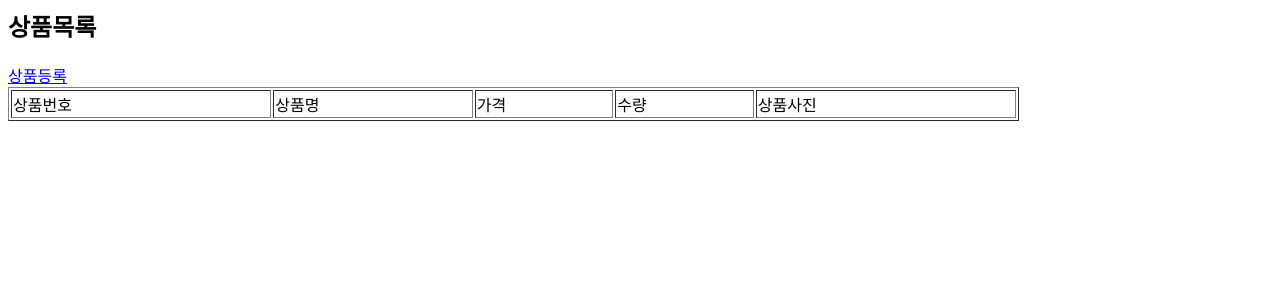
Repository: hminah0215/bitcamp
Page: http://localhost/day0210/listGoods.do
These files come from the project's save history. The page is drawn as it stood at one moment and after the next save; the edit follows.
The browser window is 1280 px wide. The pictures show the whole page.
The page is served by Tomcat 9. Other server files are loaded and not shown. Queries for data that is not in the repository find no rows.

Above is the page before, as saved 2020-02-10 03:01:48.

### test_day0210/day0210/src/com/bit/servlet/ListGoodsServlet.java
package com.bit.servlet;

import java.io.IOException;
import java.io.PrintWriter;
import java.util.ArrayList;

import javax.servlet.ServletException;
import javax.servlet.annotation.WebServlet;
import javax.servlet.http.HttpServlet;
import javax.servlet.http.HttpServletRequest;
import javax.servlet.http.HttpServletResponse;

import com.bit.dao.GoodsDAO;
import com.bit.vo.GoodsVO;

/**
 * Servlet implementation class ListGoodsServlet
 */
@WebServlet("/listGoods.do")
public class ListGoodsServlet extends HttpServlet {
	private static final long serialVersionUID = 1L;

    /**
     * @see HttpServlet#HttpServlet()
     */
    public ListGoodsServlet() {
        super();
        // TODO Auto-generated constructor stub
    }

	/**
	 * @see HttpServlet#doGet(HttpServletRequest request, HttpServletResponse response)
	 */
	protected void doGet(HttpServletRequest request, HttpServletResponse response) throws ServletException, IOException {
		// TODO Auto-generated method stub
		response.setContentType("text/html;charset=utf-8");
		PrintWriter out = response.getWriter();

		ArrayList<GoodsVO> list = new ArrayList<GoodsVO>();
		GoodsDAO dao = new GoodsDAO();
		list = dao.listAll();

		out.println("<h2>상품목록</h2>");
		out.print("<a href='insertGoods.do'>상품등록</a><br>");

		String str ="<table border='1' width='80%'>";
		str +="<tr>";
		str +="<td>상품번호</td>";
		str +="<td>상품명</td>";
		str +="<td>가격</td>";
		str +="<td>수량</td>";
		str +="<td>상품사진</td>";
		str +="</tr>";
		str += "</table>";

		for(GoodsVO v : list) {
			str +="<tr>";
			str +="<td>"+v.getNo()+"</td>";
			str +="<td>"+v.getItem()+"</td>";
			str +="<td>"+v.getPrice()+"</td>";
			str +="<td>"+v.getQty()+"</td>";
			str +="<td><img src='"+v.getFname()+"'width='50' height='50'</td>";
			str +="</tr>";
			str += "</table>";

		}




		out.print(str);
		out.close();

	}

	/**
	 * @see HttpServlet#doPost(HttpServletRequest request, HttpServletResponse response)
	 */
	protected void doPost(HttpServletRequest request, HttpServletResponse response) throws ServletException, IOException {
		// TODO Auto-generated method stub
		doGet(request, response);
	}

}

### test_day0210/day0210/src/com/bit/dao/GoodsDAO.java
package com.bit.dao;

import java.sql.Connection;
import java.sql.PreparedStatement;
import java.sql.ResultSet;
import java.sql.Statement;
import java.util.ArrayList;

import com.bit.db.ConnectionProvider;
import com.bit.vo.GoodsVO;

public class GoodsDAO {

// 상품등록을 위한 메소드
	public int insertGoods(GoodsVO g) {
		int re = -1;
		String sql = "insert into goods values(seq_goods.nextval,?,?,?,?,?)";

		try {
			Connection conn = ConnectionProvider.getConnection();
			PreparedStatement pstmt = conn.prepareStatement(sql);
			pstmt.setString(1, g.getItem());
			pstmt.setInt(2, g.getPrice());
			pstmt.setInt(3, g.getQty());
			pstmt.setString(4, g.getFname());
			pstmt.setString(5, g.getDetail());
			re = pstmt.executeUpdate();

			ConnectionProvider.close(null, pstmt, conn);
		} catch (Exception e) {

		}
		return re;
	}

	//상품목록
	public ArrayList<GoodsVO> listAll(){
		ArrayList<GoodsVO> list = new ArrayList<GoodsVO>();
		String sql ="select * from goods order by no ";
		try {
			Connection conn = ConnectionProvider.getConnection();
			Statement stmt = conn.createStatement();
			ResultSet rs = stmt.executeQuery(sql);
			while(rs.next()) {
				list.add(new GoodsVO(rs.getInt(1), rs.getString(2), rs.getInt(3),
							rs.getInt(4), rs.getString(5), rs.getString(6)));
			}
			ConnectionProvider.close(rs, stmt, conn);
		}catch(Exception e) {
			System.out.println(e.getMessage());
		}
		return list;
	}

	//상품상세
	//상품번호를 매개변수로 받아 해당 상품의 정보를 vo에 담아서 반환하는 메소드
	public GoodsVO getGoods(int no) {
		GoodsVO g = new GoodsVO();
		try {
			String sql = "select * from goods where no = ?";
			Connection conn = ConnectionProvider.getConnection();
			PreparedStatement pstmt = conn.prepareStatement(sql);
			pstmt.setInt(1, no);
			ResultSet rs = pstmt.executeQuery();
			if(rs.next()) {
				g.setNo(rs.getInt(1));
				g.setItem(rs.getString(2));
				g.setPrice(rs.getInt(3));
				g.setQty(rs.getInt(4));
				g.setFname(rs.getString(5));
				g.setDetail(rs.getString(6));
			}
			ConnectionProvider.close(rs, pstmt, conn);
		}catch (Exception e) {

		}
		return g;
	}

	//상품수정
	public int updateGoods(GoodsVO g) {
		int re = -1;
		try {
			String sql ="update goods set item = ?, price =?, qty =?, fname=?, detail = ? where no = ?";
			Connection conn = ConnectionProvider.getConnection();
			PreparedStatement pstmt = conn.prepareStatement(sql);
			pstmt.setString(1, g.getItem());
			pstmt.setInt(2, g.getPrice());
			pstmt.setInt(3, g.getQty());
			pstmt.setString(4, g.getFname());
			pstmt.setString(5, g.getDetail());
			pstmt.setInt(6, g.getNo());

			re = pstmt.executeUpdate();
			ConnectionProvider.close(null, pstmt, conn);

		}catch (Exception e) {
			System.out.println(e.getMessage());
		}
		return re;
	}

	//상품삭제
	//상품번호를 매개변수로 전달받아 삭제
	public int deleteGoods(int no) {
		int re = -1;
		try {
			String sql ="delete goods where no = ?";
			Connection conn = ConnectionProvider.getConnection();
			PreparedStatement pstmt = conn.prepareStatement(sql);
			pstmt.setInt(1, no);

			re = pstmt.executeUpdate();
			ConnectionProvider.close(null, pstmt, conn);
		}catch (Exception e) {
			System.out.println(e.getMessage());
		}
		return re;
	}
}

### test_day0210/day0210/src/com/bit/db/ConnectionProvider.java
package com.bit.db;

import java.sql.Connection;
import java.sql.DriverManager;
import java.sql.ResultSet;
import java.sql.Statement;

public class ConnectionProvider {
	public static Connection getConnection() {
		Connection conn = null;
		try {
			Class.forName("oracle.jdbc.driver.OracleDriver");
			conn = DriverManager.getConnection("jdbc:oracle:thin:@localhost:1521:XE", "c##bit1234", "bit1234");
		} catch (Exception e) {
			System.out.println(e.getMessage());
		}
		return conn;
	}

	// 클로즈하는 메소드
	public static void close(ResultSet rs, Statement stmt, Connection conn) {
		try {
			if (rs != null) {
				rs.close();
			}
			if (stmt != null) {
				stmt.close();
			}
			if (conn != null) {
				conn.close();
			}
		} catch (Exception e) {
			System.out.println(e.getMessage());
		}
	}
}

After the next save:
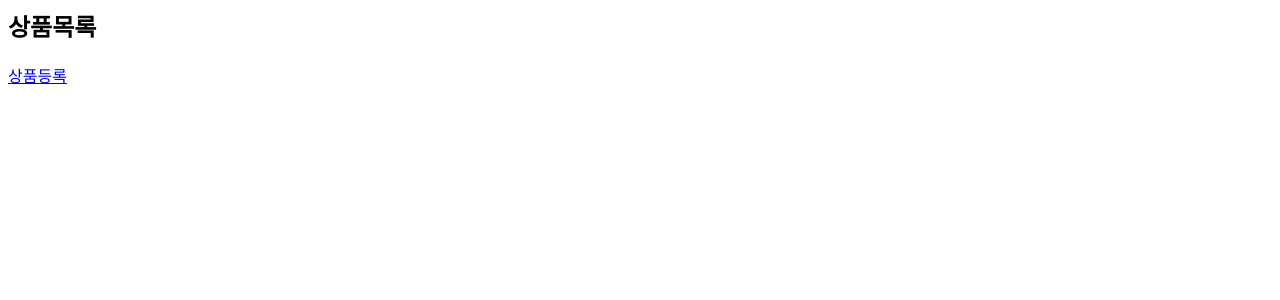
Saved 17 s later.
--- a/test_day0210/day0210/src/com/bit/servlet/ListGoodsServlet.java
+++ b/test_day0210/day0210/src/com/bit/servlet/ListGoodsServlet.java
@@ -64,11 +64,6 @@
 			str += "</table>";
 
 		}
-
-
-
-
-		out.print(str);
 		out.close();
 
 	}

After the save that followed:
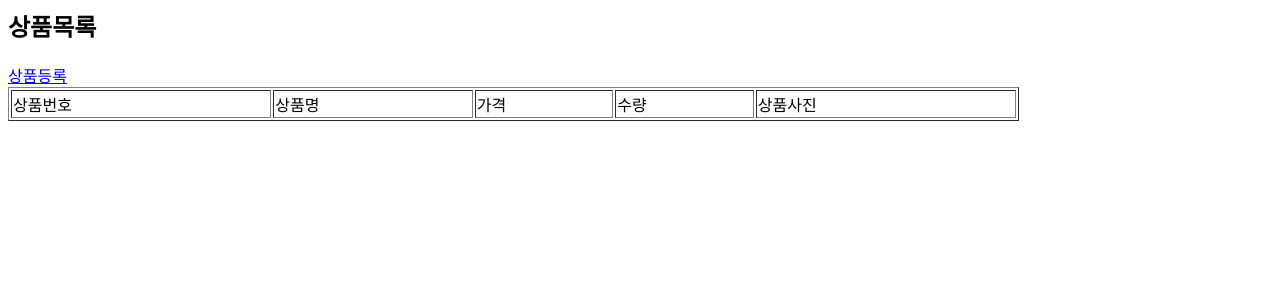
Saved 29 s later.
--- a/test_day0210/day0210/src/com/bit/servlet/ListGoodsServlet.java
+++ b/test_day0210/day0210/src/com/bit/servlet/ListGoodsServlet.java
@@ -59,11 +59,16 @@
 			str +="<td>"+v.getItem()+"</td>";
 			str +="<td>"+v.getPrice()+"</td>";
 			str +="<td>"+v.getQty()+"</td>";
-			str +="<td><img src='"+v.getFname()+"'width='50' height='50'</td>";
+			str +="<td><img src='upload/"+v.getFname()+"'width='50' height='50'</td>";
 			str +="</tr>";
 			str += "</table>";
 
 		}
+
+
+
+
+		out.print(str);
 		out.close();
 
 	}
